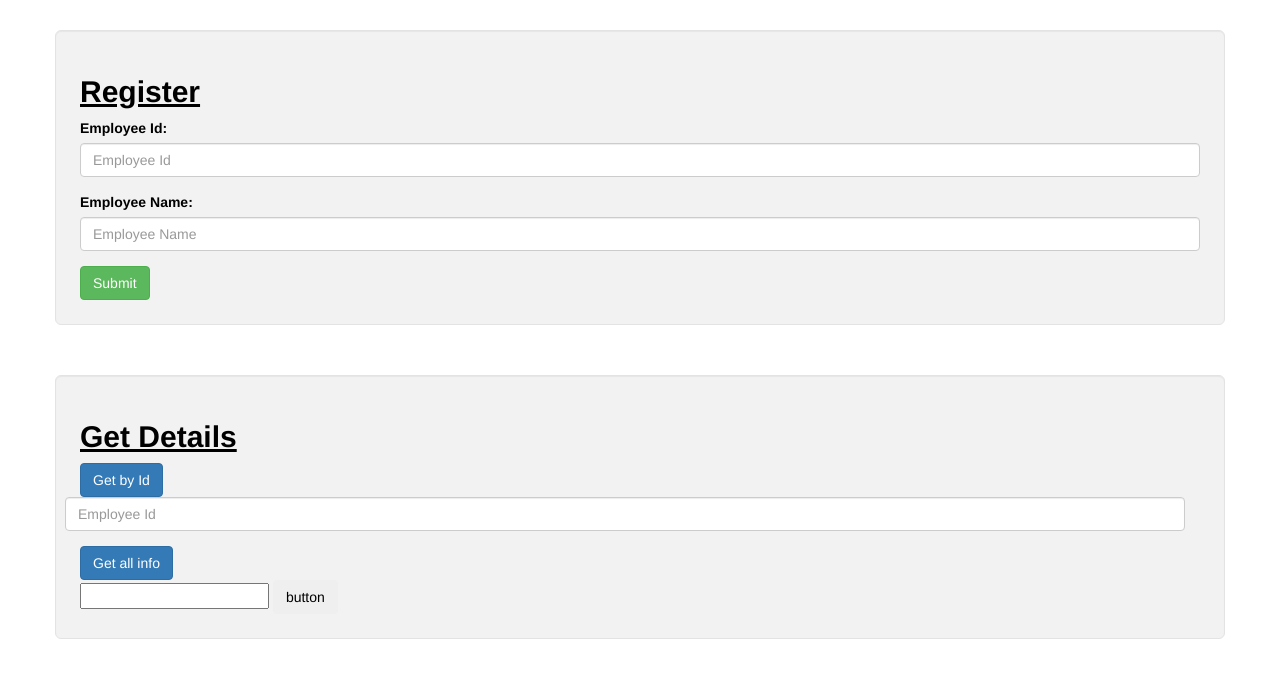
Repository: royakash07/FirstWebApplication
Page: http://localhost/SampleWebApplication/EmployeeProtal.jsp
The author's editor kept a copy of each file at every save. The page is drawn from the files as they stood at one save, then again after the next save.
The browser window is 1280 px wide. The pictures show the whole page.
Some web libraries are served in a nearby version. The page is served by Tomcat 9. Nobody is signed in. The application's start-up code is not run.

Above is the page before, as saved 2017-11-30 05:12:05.

After the next save:
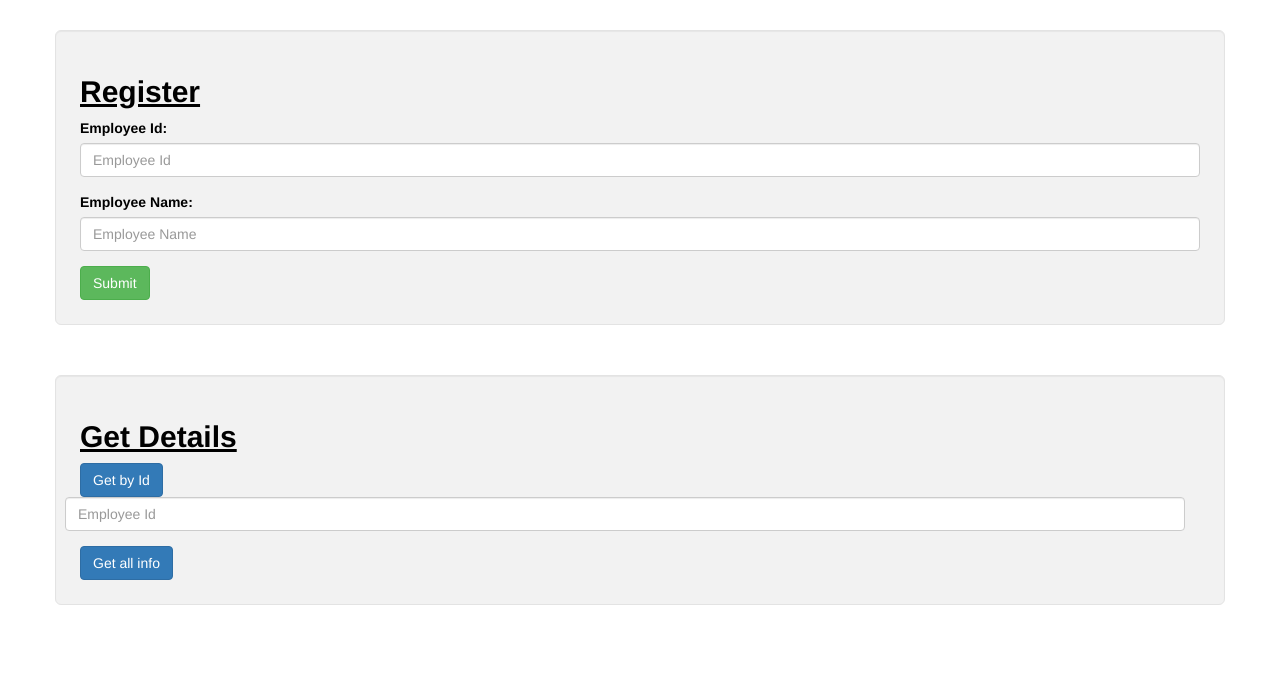
Saved 45 s later.
--- a/SampleWebApplication/WebContent/EmployeeProtal.jsp
+++ b/SampleWebApplication/WebContent/EmployeeProtal.jsp
@@ -43,9 +43,6 @@ background-color:#F2F2F2;
 	<input type="text" class="form-control form-group row" placeholder="Employee Id">
 	<button type="button" class="btn btn-primary" value="getAllDetails">Get all info</button>
 </div>
-
-    <input name="search" id="search"/>
-    <button class="btn">button</button>
 </div>
 </body>
 </html>
